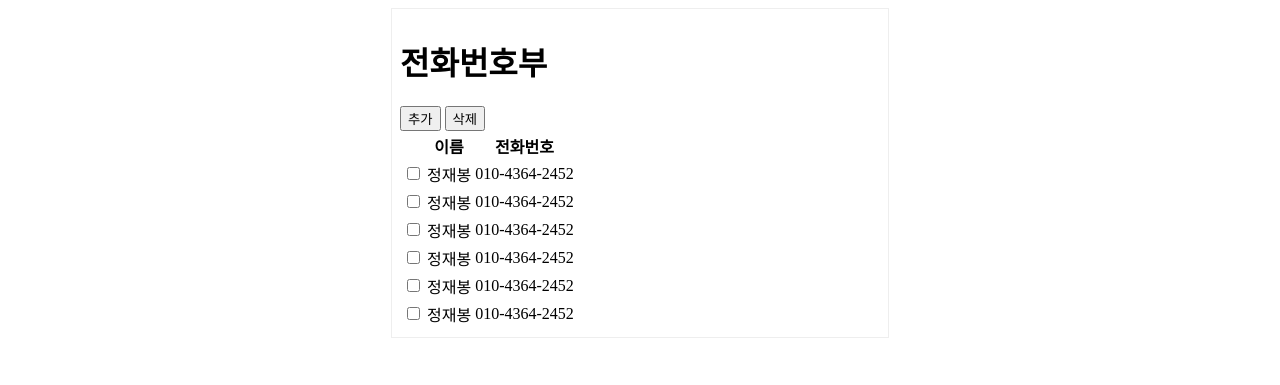
Repository: limjh0513/DGSW_JAVA
Page: http://localhost/web/phoneBook/phoneBook.html
An editor plug-in stored every save of this project. The page is shown before and after the next save, followed by the edit.
The browser window is 1280 px wide. The pictures show the whole page.
The page is served by Tomcat 9.

Above is the page before, as saved 2021-11-03 02:13:27.

After the next save:
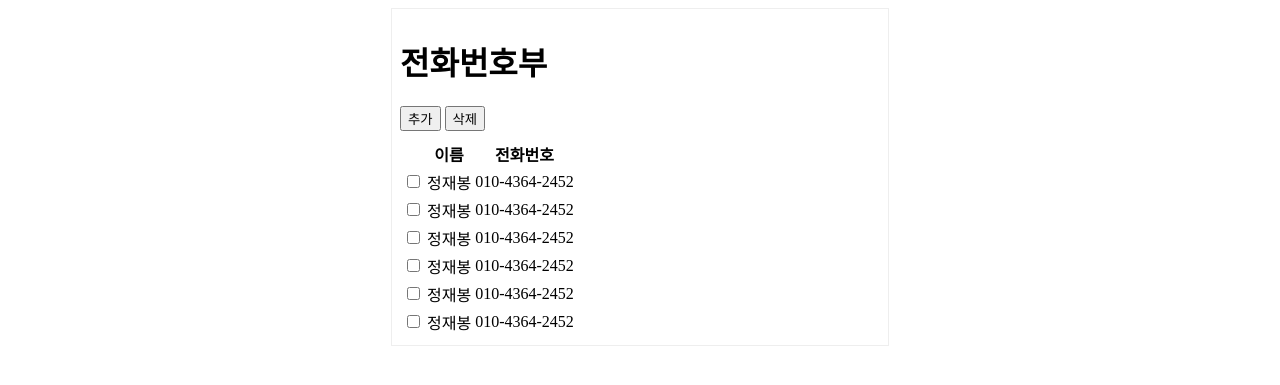
Saved 11 s later.
--- a/2학기/JAVA_WEB/web/src/main/webapp/phoneBook/css/phoneBook.css
+++ b/2학기/JAVA_WEB/web/src/main/webapp/phoneBook/css/phoneBook.css
@@ -10,4 +10,5 @@
 .btn{
 	text-align: rigth;
 	padding-right: 3rem;
+	margin-bottom: 0.5rem;
 }
